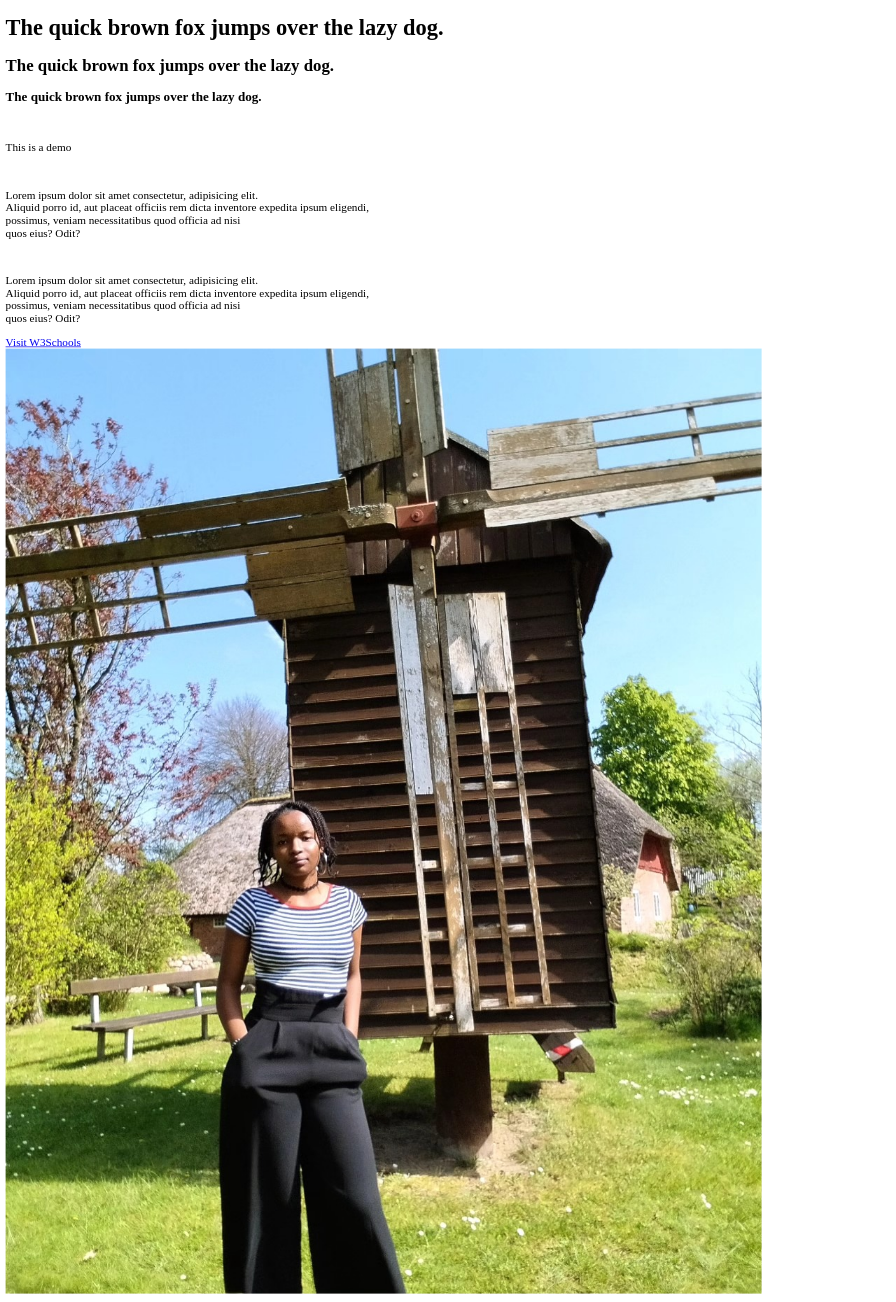
Repository: PhilipMuturi/website
Page: website/index.html
An editor plug-in stored every save of this project. The page is shown before and after the next save, followed by the edit.
The browser window is 1280 px wide. The pictures show the whole page, at 70% of full size.

Above is the page before, as saved 2023-11-29 13:12:16.

### website/index.html
<!DOCTYPE html>
<html>
    <head>
        <meta charset="utf-8">
        <meta name="description" content="This is my first website">
        <meta name="author" content="Philip Muturi">
        <meta name="keywords" content="HTML, CSS">

        <meta name="viewport" content="width=device-width, initial-scale=1">

        <title>My first website</title>
    </head>
    <body>
        <h1>The quick brown fox jumps over the lazy dog.</h1>
        <h2>The quick brown fox jumps over the lazy dog.</h2>
        <h3>The quick brown fox jumps over the lazy dog.</h3>
        <br>
        <p>This is a demo</p>
        <br>
        <p>Lorem ipsum dolor sit amet consectetur, adipisicing elit.<br>
            Aliquid porro id, aut placeat officiis rem dicta inventore expedita ipsum eligendi,
            <br>possimus, veniam necessitatibus quod officia ad nisi
            <br>quos eius? Odit?</p>
            <br>
         <!--This is a comment: this one of the best websites!-->
        <p>Lorem ipsum dolor sit amet consectetur, adipisicing elit.<br>
             Aliquid porro id, aut placeat officiis rem dicta inventore expedita ipsum eligendi,
             <br>possimus, veniam necessitatibus quod officia ad nisi
             <br>quos eius? Odit?</p>

             <a href="https://www.w3schools.com">Visit W3Schools</a>
             <br>
             <img src="Jackie.jpg">
    </body>
</html>

After the next save:
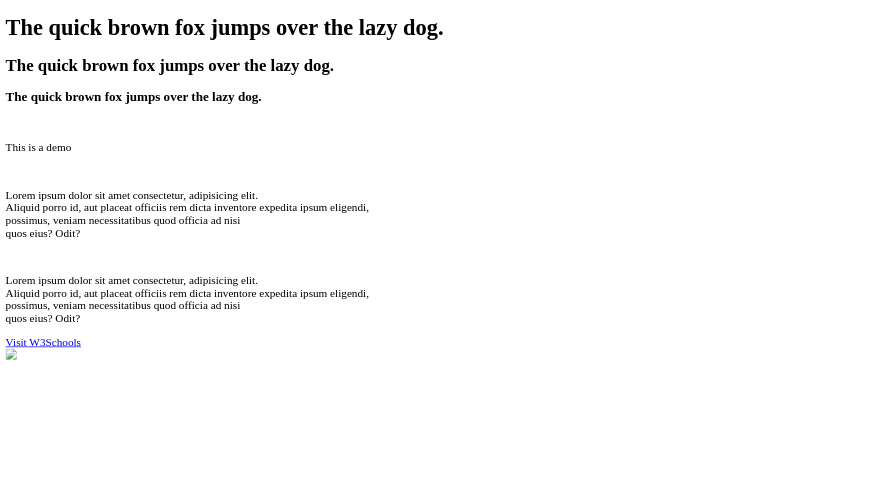
Not found: website/Jackie.png
Saved 82 s later.
--- a/website/index.html
+++ b/website/index.html
@@ -30,6 +30,6 @@
 
              <a href="https://www.w3schools.com">Visit W3Schools</a>
              <br>
-             <img src="Jackie.jpg">
+             <img src="Jackie.png">
     </body>
 </html>
